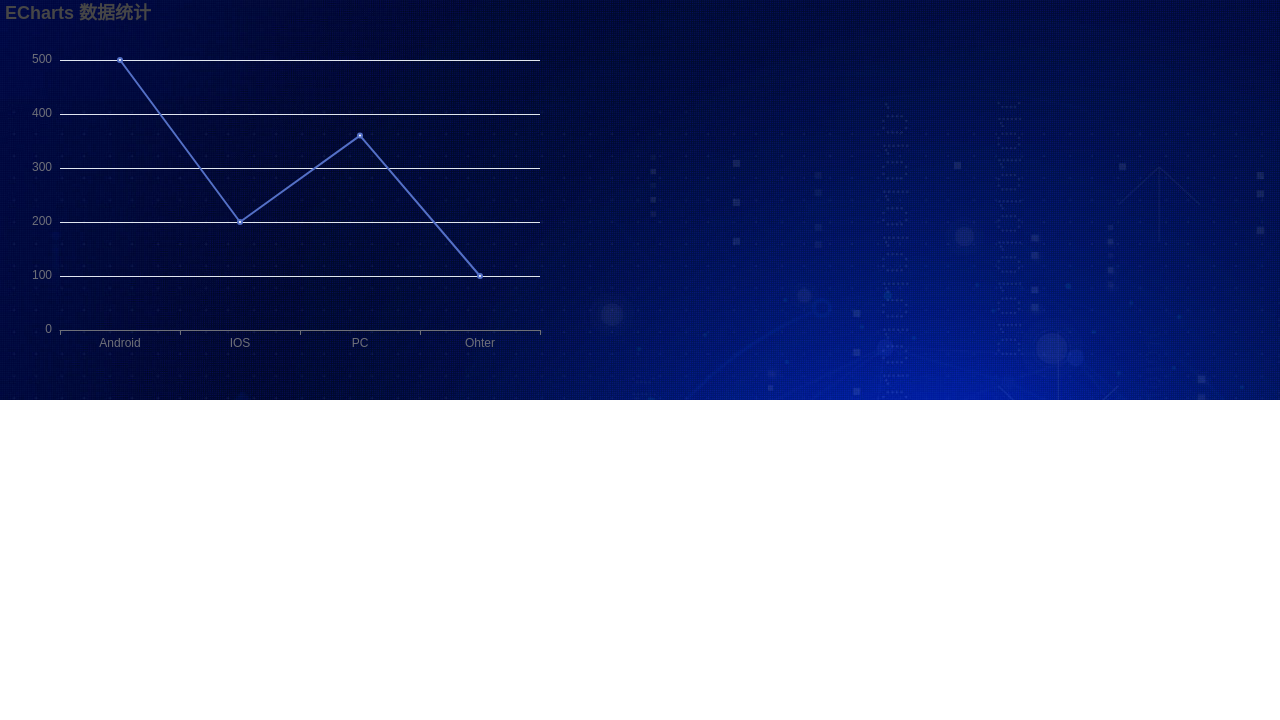
Repository: jiang-1990/DataVM
Page: /
The author's editor kept a copy of each file at every save. The page is drawn from the files as they stood at one save, then again after the next save.
The browser window is 1280 px wide. The pictures show the whole page.
The project was rebuilt for these pictures with package versions that can differ from the ones it lists, and the page was loaded fresh each time.

Above is the page before, as saved 2021-08-23 10:37:45.

### index.html
<!DOCTYPE html>
<html>
  <head>
    <meta charset="utf-8">
    <meta name="viewport" content="width=device-width,initial-scale=1.0">
    <title>mydatam</title>
  </head>
  <body>
    <div id="app"></div>
    <!-- built files will be auto injected -->
  </body>
</html>

### src/App.vue
<template>
  <div id="app">
    <router-view/>
  </div>
</template>

<script>
export default {
  name: 'App'
}
</script>

<style>
body{
  margin: 0;
  padding: 0;
  height: 100%;
}
#app {

  background-image: url('assets/bg.jpg');
}
</style>

### src/router/index.js
import Vue from 'vue'
import Router from 'vue-router'
import bigScreen from '@/components/bigScreen'

Vue.use(Router)

export default new Router({
  routes: [
    {
      path: '/',
      name: 'bigScreen',
      component: bigScreen
    }
  ]
})

### src/components/bigScreen.vue
<template>
  <div>
    <div id="myChart" style="width:600px; height: 400px;"></div>
  </div>
</template>

<script>
// 引入echarts
var echarts = require('echarts')
export default {
  data () {
    return {

    }
  },
  mounted(){
    this.createchart()
  },
  created() {

  },
  methods:{
    createchart(){
      var myChart = echarts.init(document.getElementById('myChart'))
      console.log(myChart)
      var option = {
            title:{
                text:'ECharts 数据统计'
            },
            tooltip:{},
            legend:{
                data:['用户来源']
            },
            xAxis:{
                data:["Android","IOS","PC","Ohter"]
            },
            yAxis:{

            },
            series:[{
                name:'访问量',
                type:'line',
                data:[500,200,360,100]
            }]
        };

        //使用制定的配置项和数据显示图表
        myChart.setOption(option);
    },
  }
}
</script>

<style scoped>
@import '../css/bigScreen.css';
</style>

### src/css/bigScreen.css
* {
  margin: 0;
  padding: 0;
  box-sizing: border-box;
}
li {
  list-style-type: none;
}
.top {
  height: 1.25rem;
  background: url(../assets/head_bg.png) no-repeat;
  box-sizing: 100% 100%;
  position: relative;
}
.top h1 {
  font-size: 0.45rem;
  line-height: 1rem;
  color: #ffffff;
  text-align: center;
}
.top .time {
  line-height: 0.9375rem;
  position: absolute;
  right: 0.375rem;
  top: 0;
  color: cornflowerblue;
}
.mainBox {
  min-width: 1024px;
  max-width: 1920px;
  margin: 0 auto;
  display: flex;
  padding: 0.25rem 0.125rem 0;
}
.mainBox .culonm {
  flex: 3;
}
.mainBox .culonm:nth-child(2) {
  flex: 5;
  margin: 0 0.125rem 0.1875rem;
}
.mainBox .panl {
  position: relative;
  height: 3.875rem;
  border: 0.0125rem solid rgba(25, 186, 139, 0.17);
  background: url(../assets/line.png) rgba(255, 255, 255, 0.03);
  padding: 0 0.1875rem 0.25rem;
  margin-bottom: 0.25rem;
}
.mainBox .panl::before {
  position: absolute;
  top: 0;
  left: 0;
  width: 10px;
  height: 10px;
  border-left: 1px solid #02a6b5;
  border-top: 1px solid #02a6b5;
  content: "";
}
.mainBox .panl::after {
  position: absolute;
  top: 0;
  right: 0;
  width: 10px;
  height: 10px;
  border-right: 1px solid #02a6b5;
  border-top: 1px solid #02a6b5;
  content: "";
}
.mainBox .panl .zhuanjiao {
  width: 100%;
  height: 10px;
  position: absolute;
  bottom: 0px;
  left: 0;
}
.mainBox .panl .zhuanjiao::before {
  position: absolute;
  top: 0;
  left: 0;
  width: 10px;
  height: 10px;
  border-left: 1px solid #02a6b5;
  border-bottom: 1px solid #02a6b5;
  content: "";
}
.mainBox .panl .zhuanjiao::after {
  position: absolute;
  top: 0;
  right: 0;
  width: 10px;
  height: 10px;
  border-right: 1px solid #02a6b5;
  border-bottom: 1px solid #02a6b5;
  content: "";
}
.mainBox .panl h2 {
  font-size: 0.25rem;
  color: #ffffff;
  line-height: 0.5rem;
  text-align: center;
  height: 0.5rem;
  font-weight: 400;
}
.mainBox .panl .chart {
  height: 3.25rem;
}
.mainBox .num {
  background: rgba(101, 132, 226, 0.1);
  padding: 0.1875rem;
}
.mainBox .num .num-hd {
  position: relative;
  margin: 0.125rem;
  border: 1px solid rgba(25, 186, 139, 0.17);
}
.mainBox .num .num-hd::before {
  position: absolute;
  top: 0;
  left: 0;
  width: 10px;
  height: 10px;
  border-left: 1px solid #02a6b5;
  border-top: 1px solid #02a6b5;
  content: "";
}
.mainBox .num .num-hd::after {
  position: absolute;
  bottom: 0;
  right: 0;
  width: 10px;
  height: 10px;
  border-right: 1px solid #02a6b5;
  border-bottom: 1px solid #02a6b5;
  content: "";
}
.mainBox .num .num-hd ul {
  display: flex;
}
.mainBox .num .num-hd ul li {
  flex: 1;
  line-height: 1rem;
  font-size: 0.875rem;
  color: #ffeb7b;
  text-align: center;
  font-family: electronicFont;
}
.mainBox .num .num-hd ul li:nth-child(1) {
  position: relative;
}
.mainBox .num .num-hd ul li:nth-child(1)::after {
  position: absolute;
  top: 25%;
  right: 0;
  height: 50%;
  border-right: 1px solid #02a6b5;
  content: "";
}
.mainBox .num .num-bd {
  position: relative;
}
.mainBox .num .num-bd ul {
  display: flex;
}
.mainBox .num .num-bd ul li {
  flex: 1;
  line-height: 0.5rem;
  font-size: 0.225rem;
  color: rgba(255, 255, 255, 0.7);
  text-align: center;
}
.mainBox .map {
  height: 10.125rem;
  position: relative;
}
.mainBox .map .map1 {
  width: 6.475rem;
  height: 6.475rem;
  position: absolute;
  top: 50%;
  left: 50%;
  transform: translate(-50%, -50%);
  background: url(../assets/map.png);
  background-size: 100% 100%;
  opacity: 0.3;
}
.mainBox .map .map2 {
  width: 8.0375rem;
  height: 8.0375rem;
  position: absolute;
  top: 50%;
  left: 50%;
  transform: translate(-50%, -50%);
  background: url(../assets/lbx.png);
  background-size: 100% 100%;
  animation: rotatel1 20s linear infinite;
  opacity: 0.6;
}
@keyframes rotatel1 {
  from {
    transform: translate(-50%, -50%) rotate(0deg);
  }
  to {
    transform: translate(-50%, -50%) rotate(360deg);
  }
}
.mainBox .map .map3 {
  width: 7.075rem;
  height: 7.075rem;
  position: absolute;
  top: 50%;
  left: 50%;
  transform: translate(-50%, -50%);
  background: url(../assets/jt.png);
  background-size: 100% 100%;
  animation: rotatel2 15s linear infinite;
  opacity: 0.6;
}
@keyframes rotatel2 {
  from {
    transform: translate(-50%, -50%) rotate(0deg);
  }
  to {
    transform: translate(-50%, -50%) rotate(-360deg);
  }
}
.mainBox .map .chart {
  height: 10.125rem;
}

Loaded but not shown: src/main.js (common file)

After the next save:
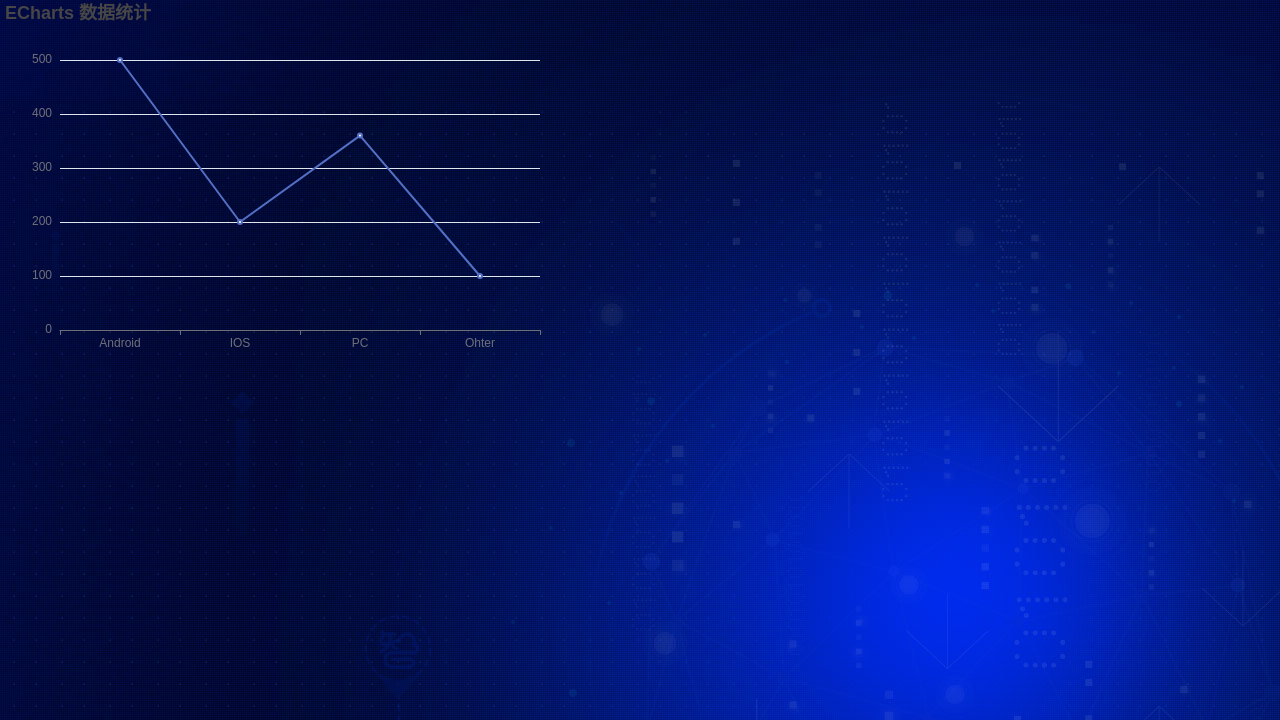
Saved 33 s later.
--- a/src/App.vue
+++ b/src/App.vue
@@ -14,10 +14,9 @@ export default {
 body{
   margin: 0;
   padding: 0;
+}
+#app ,body,html{
   height: 100%;
-}
-#app {
-
   background-image: url('assets/bg.jpg');
 }
 </style>
